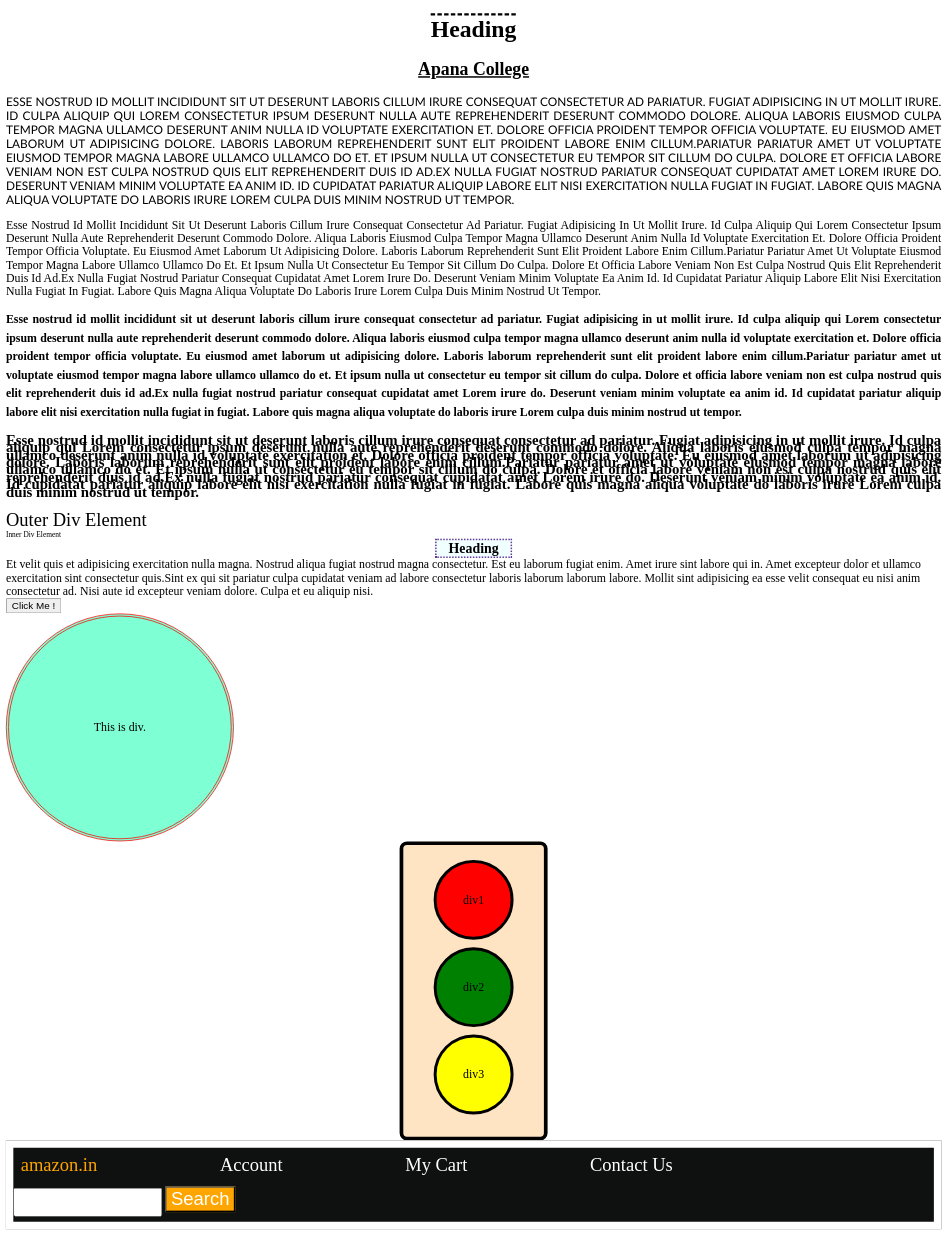
Repository: rakeshkolpepatil/CSS_Apana_College
Page: index.html
These files come from the project's save history. The page is drawn as it stood at one moment and after the next save; the edit follows.
The browser window is 1280 px wide. The pictures show the whole page, at 74% of full size.

Above is the page before, as saved 2023-06-22 22:06:02.

### index.html
<!DOCTYPE html>
<html lang="en">
<head>
  <meta charset="UTF-8">
  <meta name="viewport" content="width=device-width, initial-scale=1.0">
  <title>Document</title>
  <link rel="stylesheet" href="styleTwo.css">
</head>
<body>
  <h1> Heading </h1>
  <h2> Apana College </h2>
  <p id="pOne">Esse nostrud id mollit incididunt sit ut deserunt laboris cillum irure consequat consectetur ad pariatur. Fugiat adipisicing in ut mollit irure. Id culpa aliquip qui Lorem consectetur ipsum deserunt nulla aute reprehenderit deserunt commodo dolore. Aliqua laboris eiusmod culpa tempor magna ullamco deserunt anim nulla id voluptate exercitation et. Dolore officia proident tempor officia voluptate. Eu eiusmod amet laborum ut adipisicing dolore. Laboris laborum reprehenderit sunt elit proident labore enim cillum.Pariatur pariatur amet ut voluptate eiusmod tempor magna labore ullamco ullamco do et. Et ipsum nulla ut consectetur eu tempor sit cillum do culpa. Dolore et officia labore veniam non est culpa nostrud quis elit reprehenderit duis id ad.Ex nulla fugiat nostrud pariatur consequat cupidatat amet Lorem irure do. Deserunt veniam minim voluptate ea anim id. Id cupidatat pariatur aliquip labore elit nisi exercitation nulla fugiat in fugiat. Labore quis magna aliqua voluptate do laboris irure Lorem culpa duis minim nostrud ut tempor.
  </p>
  <p id="pTwo">Esse nostrud id mollit incididunt sit ut deserunt laboris cillum irure consequat consectetur ad pariatur. Fugiat adipisicing in ut mollit irure. Id culpa aliquip qui Lorem consectetur ipsum deserunt nulla aute reprehenderit deserunt commodo dolore. Aliqua laboris eiusmod culpa tempor magna ullamco deserunt anim nulla id voluptate exercitation et. Dolore officia proident tempor officia voluptate. Eu eiusmod amet laborum ut adipisicing dolore. Laboris laborum reprehenderit sunt elit proident labore enim cillum.Pariatur pariatur amet ut voluptate eiusmod tempor magna labore ullamco ullamco do et. Et ipsum nulla ut consectetur eu tempor sit cillum do culpa. Dolore et officia labore veniam non est culpa nostrud quis elit reprehenderit duis id ad.Ex nulla fugiat nostrud pariatur consequat cupidatat amet Lorem irure do. Deserunt veniam minim voluptate ea anim id. Id cupidatat pariatur aliquip labore elit nisi exercitation nulla fugiat in fugiat. Labore quis magna aliqua voluptate do laboris irure Lorem culpa duis minim nostrud ut tempor.
  </p>
  <p id="pThree">Esse nostrud id mollit incididunt sit ut deserunt laboris cillum irure consequat consectetur ad pariatur. Fugiat adipisicing in ut mollit irure. Id culpa aliquip qui Lorem consectetur ipsum deserunt nulla aute reprehenderit deserunt commodo dolore. Aliqua laboris eiusmod culpa tempor magna ullamco deserunt anim nulla id voluptate exercitation et. Dolore officia proident tempor officia voluptate. Eu eiusmod amet laborum ut adipisicing dolore. Laboris laborum reprehenderit sunt elit proident labore enim cillum.Pariatur pariatur amet ut voluptate eiusmod tempor magna labore ullamco ullamco do et. Et ipsum nulla ut consectetur eu tempor sit cillum do culpa. Dolore et officia labore veniam non est culpa nostrud quis elit reprehenderit duis id ad.Ex nulla fugiat nostrud pariatur consequat cupidatat amet Lorem irure do. Deserunt veniam minim voluptate ea anim id. Id cupidatat pariatur aliquip labore elit nisi exercitation nulla fugiat in fugiat. Labore quis magna aliqua voluptate do laboris irure Lorem culpa duis minim nostrud ut tempor.
  </p>
  <p id="pFour">Esse nostrud id mollit incididunt sit ut deserunt laboris cillum irure consequat consectetur ad pariatur. Fugiat adipisicing in ut mollit irure. Id culpa aliquip qui Lorem consectetur ipsum deserunt nulla aute reprehenderit deserunt commodo dolore. Aliqua laboris eiusmod culpa tempor magna ullamco deserunt anim nulla id voluptate exercitation et. Dolore officia proident tempor officia voluptate. Eu eiusmod amet laborum ut adipisicing dolore. Laboris laborum reprehenderit sunt elit proident labore enim cillum.Pariatur pariatur amet ut voluptate eiusmod tempor magna labore ullamco ullamco do et. Et ipsum nulla ut consectetur eu tempor sit cillum do culpa. Dolore et officia labore veniam non est culpa nostrud quis elit reprehenderit duis id ad.Ex nulla fugiat nostrud pariatur consequat cupidatat amet Lorem irure do. Deserunt veniam minim voluptate ea anim id. Id cupidatat pariatur aliquip labore elit nisi exercitation nulla fugiat in fugiat. Labore quis magna aliqua voluptate do laboris irure Lorem culpa duis minim nostrud ut tempor.
  </p>

  <div id="outer">
    Outer Div Element
    <div id="inner">
      Inner Div Element
    </div>
  </div>

  <h3> Heading </h3>
  <div>
    Et velit quis et adipisicing exercitation nulla magna. Nostrud aliqua fugiat nostrud magna consectetur. Est eu laborum fugiat enim. Amet irure sint labore qui in. Amet excepteur dolor et ullamco exercitation sint consectetur quis.Sint ex qui sit pariatur culpa cupidatat veniam ad labore consectetur laboris laborum laborum labore. Mollit sint adipisicing ea esse velit consequat eu nisi anim consectetur ad. Nisi aute id excepteur veniam dolore. Culpa et eu aliquip nisi.
  </div>
  <button> Click Me ! </button>
  <div id="div4"> This is div. </div>

  <div style="background-color: bisque; width: 150px; margin: auto; padding: 20px; border: 5px solid black; border-radius:10px" >
    <div class="div5"> div1 </div>
    <div class="div5" style="background-color: green;"> div2 </div>
    <div class="div5" style="background-color: yellow;"> div3 </div>
  </div>

  <div id="div6" >
    <a style="display:inline-block; margin-right: 13%; color: orange; margin-top: 10px; margin-left: 10px; text-decoration: none; ; text-decoration: none; font-size: 25px;" href="https://www.amazon.in" >amazon.in</a>
    <a style="display:inline-block; margin-right: 13%; color: white; margin-top: 10px; text-decoration: none; font-size: 25px;" href="">Account</a>
    <a style="display:inline-block; margin-right: 13%; color: white; margin-top: 10px; text-decoration: none; font-size: 25px;" href="">My Cart</a>
    <a style="display:inline-block; margin-right: 13%; color: white; margin-top: 10px; text-decoration: none; font-size: 25px;" href="">Contact Us</a>
    <input style="display:inline-block;  color: white; padding: 10px;"> </input>
    <button style="background-color: orange; color:white;  font-size: 25px; margin-top: 14px;"> Search</button>
  </div>
</body>
</html>

### styleTwo.css
h1{
  text-align: center;
  text-decoration:  dotted underline  ;
  text-decoration:  dashed overline  ;
}

h2{
  text-align: center;
  text-transform: capitalize;
  text-decoration: underline;
}

#pOne{
  text-align: justify;
  text-transform: uppercase;
  font-weight: 100;
  font-family: 'Gill Sans', 'Gill Sans MT', Calibri, 'Trebuchet MS', sans-serif;
}

#pTwo{
  text-transform: capitalize;
  text-align: justify;
  font-weight: 300;
}

#pThree{
  text-align: justify;
  line-height: 25px;
  font-weight: 600;
}

#pFour{
  text-align: justify;
  font-size: 20px;
  line-height: 10px;
  font-weight: 900;
}

#outer{
  font-size: 25px;
}

#inner{
  font-size: 10px;
}

#div4{
  height: 300px;
  width: 300px;
  background-color:aquamarine;

  /* border-width: 4px;
  border-color: black;
  border-style: dotted; */


  display: flex;
  text-align: center;
  justify-content: center;
  align-items: center;

  /* border: 4px solid red; */
  border: 4px double red;
  /* border-radius: 10px; */
  border-radius: 50% ;
}

h3{
  display: flex;
  justify-content: center;
  align-items:center;
  margin-left: 50%;
  /* text-align: center; */
  border: 2px dotted rebeccapurple;
  width: 100px;
  margin: auto;
  background-color:azure;
}

.div5{
  width: 100px;
  height: 100px;
  background-color:red;
  margin: auto;
  margin-bottom: 10px;
  display: flex;
  justify-content: center;
  align-items:center;
  border: 4px solid black;
  border-radius: 50%
}

#div6{
  height: 100px;
  border: 10px solid white;
  background-color:#0f1111;
}

After the next save:
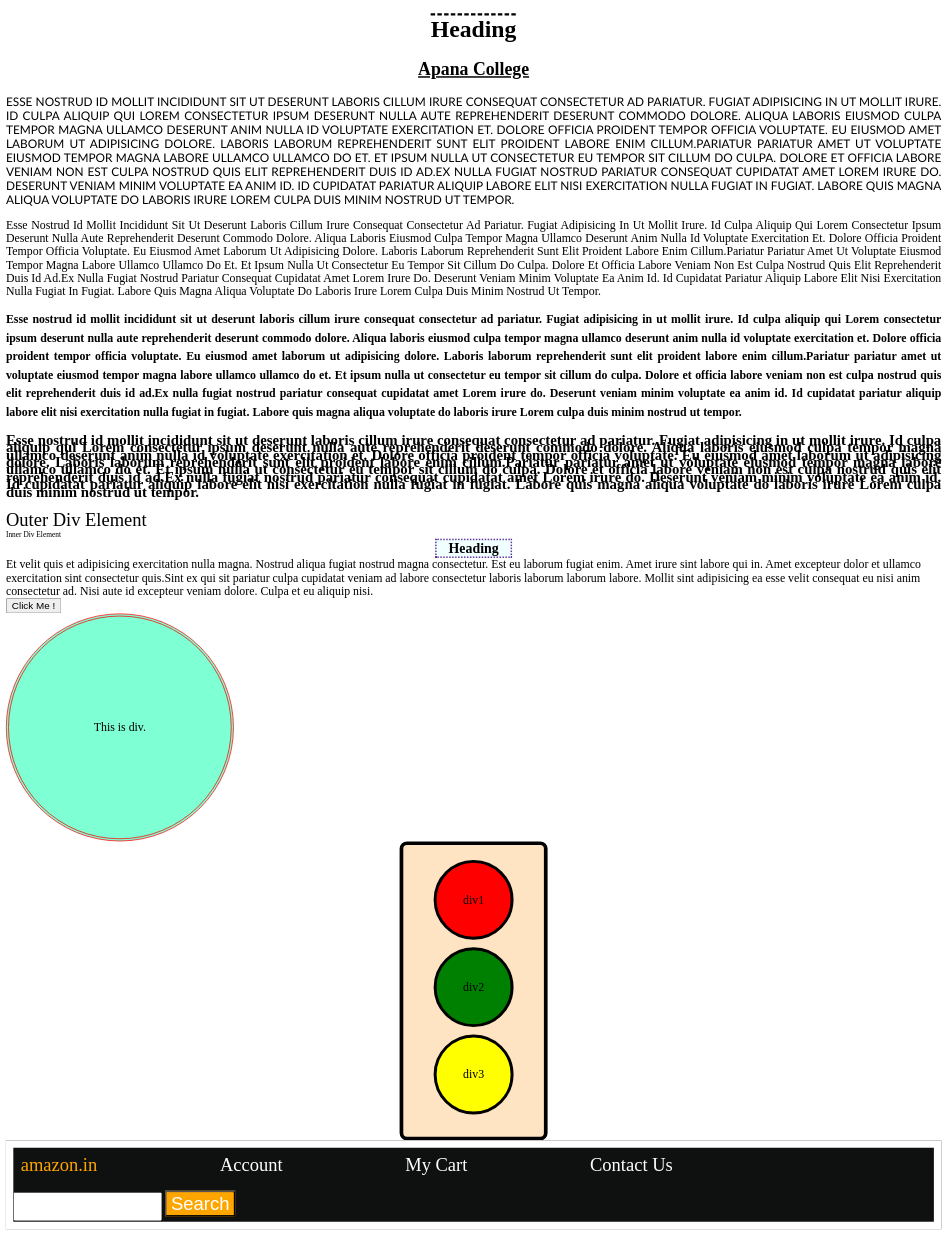
Saved 15 s later.
--- a/index.html
+++ b/index.html
@@ -44,7 +44,7 @@
     <a style="display:inline-block; margin-right: 13%; color: white; margin-top: 10px; text-decoration: none; font-size: 25px;" href="">My Cart</a>
     <a style="display:inline-block; margin-right: 13%; color: white; margin-top: 10px; text-decoration: none; font-size: 25px;" href="">Contact Us</a>
     <input style="display:inline-block;  color: white; padding: 10px;"> </input>
-    <button style="background-color: orange; color:white;  font-size: 25px; margin-top: 14px;"> Search</button>
+    <button style="background-color: orange; color:white;  font-size: 25px; margin-top: 20px;"> Search</button>
   </div>
 </body>
 </html>
